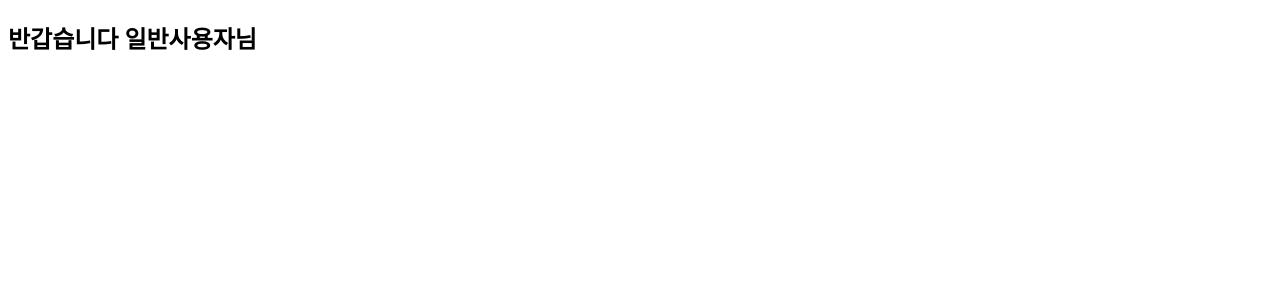
Repository: sunnny10/web-workspace
Page: http://localhost/Lecture-Web/jsp/jstl/core/exam03.jsp
An editor plug-in stored every save of this project. The page is shown before and after the next save, followed by the edit.
The browser window is 1280 px wide. The pictures show the whole page.
The page is served by Tomcat 9. Other server files are loaded and not shown.

Above is the page before, as saved 2022-06-07 07:01:33.

### Lecture-Web/src/main/webapp/jsp/jstl/core/exam03.jsp
<%@ page language="java" contentType="text/html; charset=UTF-8"
    pageEncoding="UTF-8"%>
<%@ taglib prefix="c" uri="http://java.sun.com/jsp/jstl/core" %>
<!DOCTYPE html>
<html>
<head>
<meta charset="UTF-8">
<title>Insert title here</title>
</head>
<body>
	<%--
		http://localhost:9999/Lecture-Web/jsp/jstl/core/exam04.jsp?type=S or
		http://localhost:9999/Lecture-Web/jsp/jstl/core/exam04.jsp?type=U
	--%>
	<c:if test="${ param.type == 'S' }">
		<h2>반갑습니다 관리자님</h2>
	</c:if>
	<c:if test="${ param.type eq 'U' }">
		<h2>반갑습니다 일반사용자님</h2>
	</c:if>
	<c:if test="${ empty param.type}">
		<h2>반갑습니다 일반사용자님</h2>
	</c:if>
</body>
</html>

After the next save:
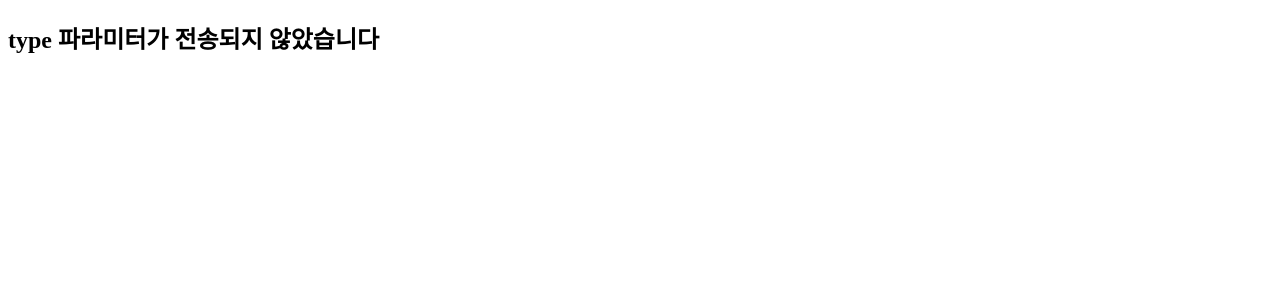
Saved 77 s later.
--- a/Lecture-Web/src/main/webapp/jsp/jstl/core/exam03.jsp
+++ b/Lecture-Web/src/main/webapp/jsp/jstl/core/exam03.jsp
@@ -12,14 +12,14 @@
 		http://localhost:9999/Lecture-Web/jsp/jstl/core/exam04.jsp?type=S or
 		http://localhost:9999/Lecture-Web/jsp/jstl/core/exam04.jsp?type=U
 	--%>
+	<c:if test="${ empty param.type}">
+		<h2>type 파라미터가 전송되지 않았습니다</h2>
+	</c:if>
 	<c:if test="${ param.type == 'S' }">
 		<h2>반갑습니다 관리자님</h2>
 	</c:if>
 	<c:if test="${ param.type eq 'U' }">
 		<h2>반갑습니다 일반사용자님</h2>
 	</c:if>
-	<c:if test="${ empty param.type}">
-		<h2>반갑습니다 일반사용자님</h2>
-	</c:if>
 </body>
 </html>
